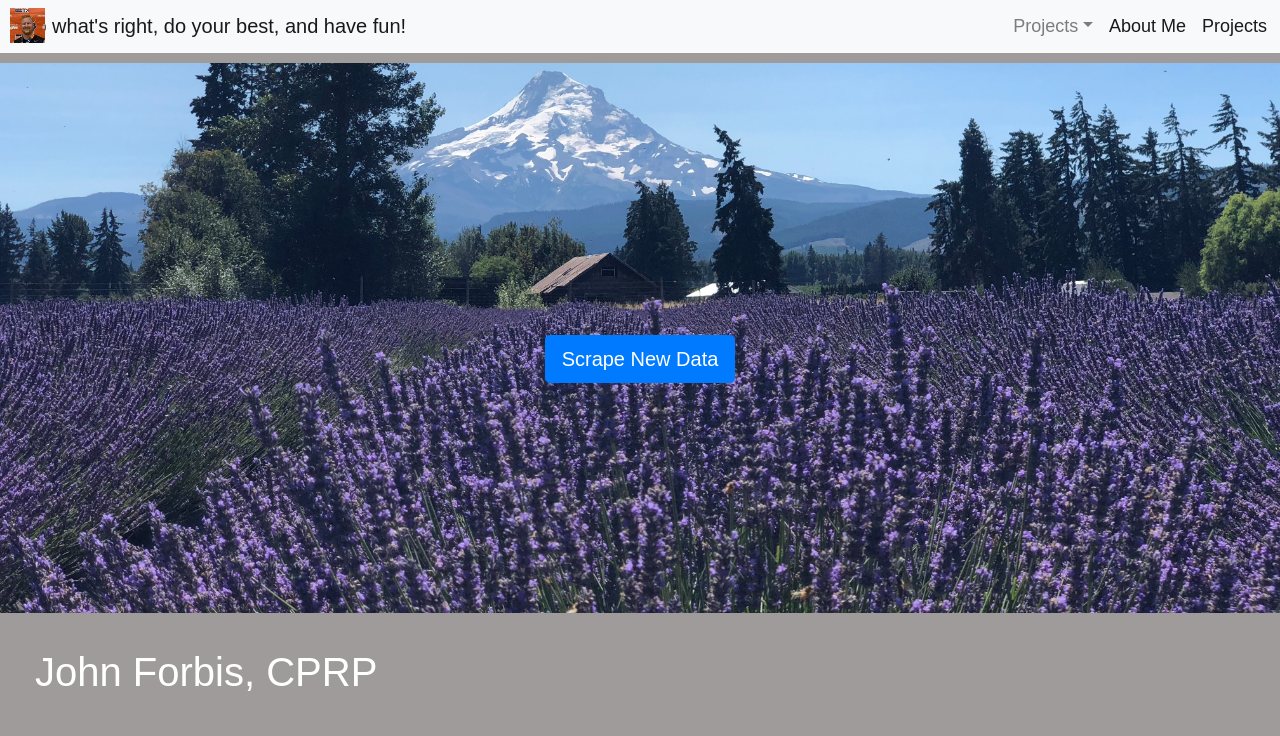
Repository: jforbis/john-forbis-data-analyst
Page: index.html
The author's editor kept a copy of each file at every save. The page is drawn from the files as they stood at one save, then again after the next save.
The browser window is 1280 px wide. The pictures show the part of the page from y = 0 to 736 px (the page is 1718 px tall).
A picture or video elsewhere on the page could not be fetched, so the positions and the page height are approximate. Backgrounds fixed to the window are drawn as part of the page.

Above is the page before, as saved 2021-03-17 23:03:29.

After the next save:
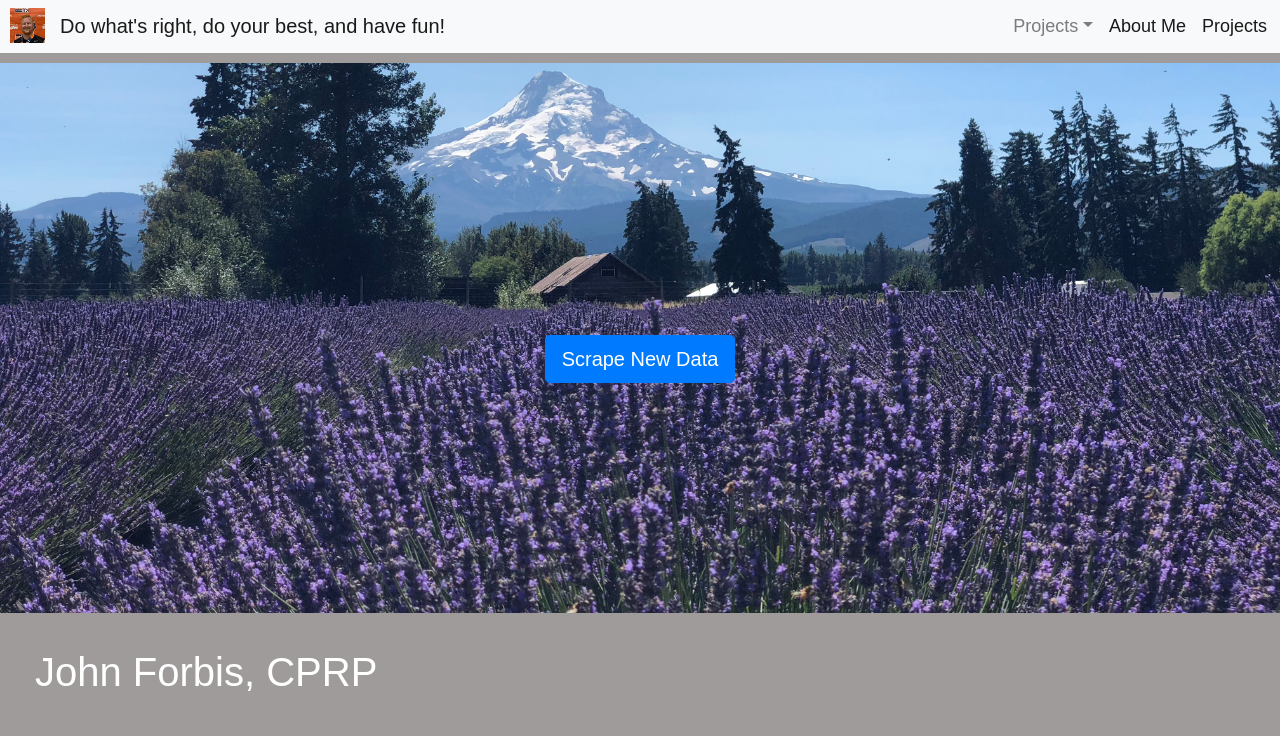
Saved 92 s later.
--- a/index.html
+++ b/index.html
@@ -15,7 +15,7 @@
     <a class="navbar-brand" href="about_me.html">
         <img class="headshot-sm" src="resources/images/headshot.jpg">
     </a>
-    <a class="navbar-brand" href="index.html"> Do what's right, do your best, and have fun!</a>
+    <a class="navbar-brand" id="tagline" href="index.html"> Do what's right, do your best, and have fun!</a>
     <button class="navbar-toggler" type="button" data-bs-toggle="collapse" data-bs-target="#navbarSupportedContent"
         aria-controls="navbarSupportedContent" aria-expanded="false" aria-label="Toggle navigation">
         <span class="navbar-toggler-icon"></span>
